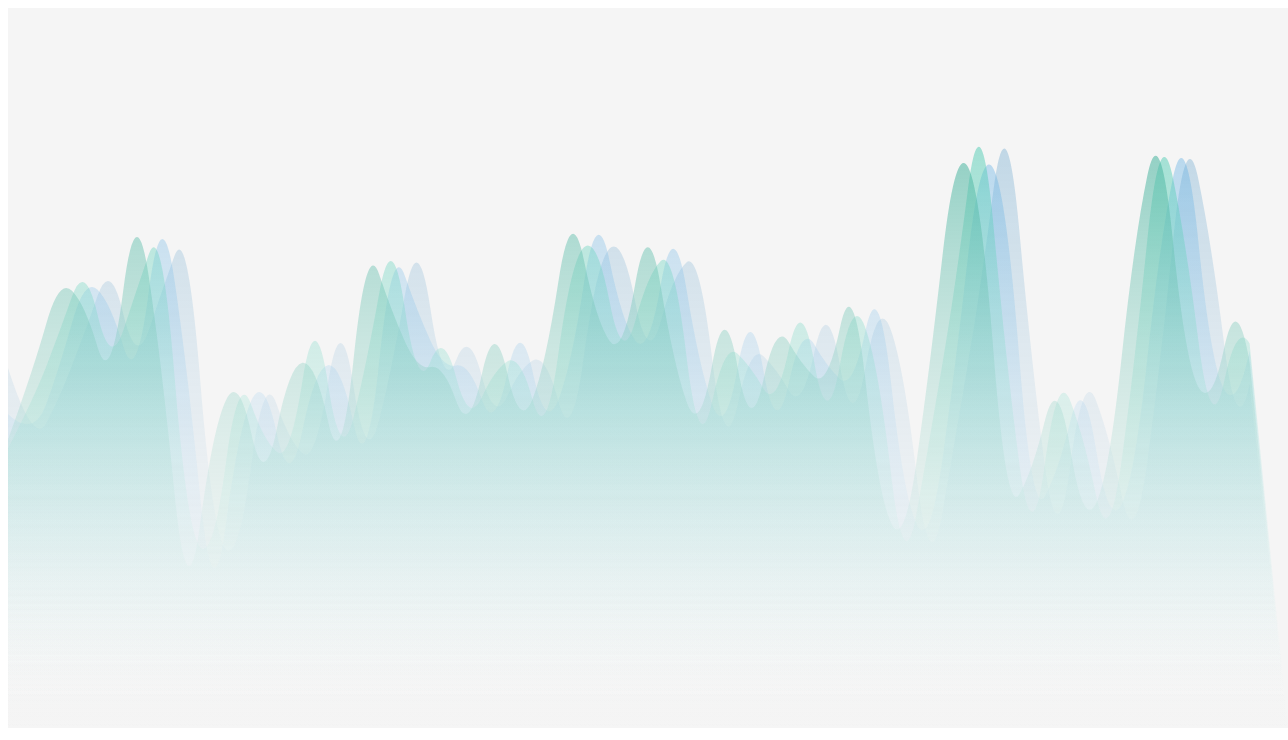
Repository: Pgz1975/GFY
Page: horizon.html
These files come from the project's save history. The page is drawn as it stood at one moment and after the next save; the edit follows.
The browser window is 1280 px wide. The page is 1288 px wide, so the pictures cover 1288 px, including what lies to the right of the window. The pictures show the whole page.

Above is the page before, as saved 2025-01-13 08:34:37.
Console error (its wording comes from the project's code and is left out).

### horizon.html
<!DOCTYPE html>
<html>
<head>
    <style>
        canvas {
            width: 100vw;
            height: 100vh;
            background: #f5f5f5;
        }
    </style>
</head>
<body>
    <canvas id="horizonCanvas"></canvas>
    <script>
        // Core canvas setup
        const canvas = document.getElementById('horizonCanvas');
        const ctx = canvas.getContext('2d');

        // Visual parameters - easily adjustable
        const params = {
            // Colors represent different layers of knowledge/exploration
            colors: [
                'rgba(41, 128, 185, 0.4)',  // Light blue - surface knowledge
                'rgba(52, 152, 219, 0.5)',  // Medium blue - deeper understanding
                'rgba(26, 188, 156, 0.6)',  // Teal - wisdom
                'rgba(22, 160, 133, 0.7)'   // Deep teal - profound insights
            ],

            // Motion and shape parameters
            layers: 5,                    // Number of overlapping horizons
            smoothness: 0.002,           // How smooth the curves are
            amplitude: 0.15,             // Height of the waves
            evolution: 0.002,           // Speed of change
            complexity: 20,               // Complexity of the patterns

            // Visual style
            lineWidth: 10,
            tension: 1.4,                // How "taught" the curves are
        };

        // Set up high-DPI canvas
        function setupCanvas() {
            const dpr = window.devicePixelRatio || 1;
            const rect = canvas.getBoundingClientRect();
            canvas.width = rect.width * dpr;
            canvas.height = rect.height * dpr;
            ctx.scale(dpr, dpr);
            canvas.style.width = `${rect.width}px`;
            canvas.style.height = `${rect.height}px`;
        }

        // Improved Perlin noise function for smooth natural movement
        function improvedNoise(x, y) {
            const X = Math.floor(x) & 255;
            const Y = Math.floor(y) & 255;
            x -= Math.floor(x);
            y -= Math.floor(y);

            // Smooth interpolation
            const u = fade(x);
            const v = fade(y);

            // Calculate gradients
            const a = p[X]+Y;
            const b = p[X+1]+Y;

            return lerp(
                lerp(grad(p[a], x, y), grad(p[b], x-1, y), u),
                lerp(grad(p[a+1], x, y-1), grad(p[b+1], x-1, y-1), u),
                v
            );
        }

        // Helper functions for noise generation
        function fade(t) { return t * t * t * (t * (t * 6 - 15) + 10); }
        function lerp(a, b, t) { return (1 - t) * a + t * b; }
        function grad(hash, x, y) {
            const h = hash & 15;
            const grad = 1 + (h & 7);
            return ((h & 8) ? -grad : grad) * x + ((h & 4) ? -grad : grad) * y;
        }

        // Generate permutation table for noise
        const p = new Array(512);
        for(let i = 0; i < 256; i++) p[i] = p[i + 256] = Math.floor(Math.random() * 256);

        // Draw a single horizon layer
        function drawHorizon(offset, color, time) {
            ctx.beginPath();
            ctx.moveTo(0, canvas.height * 0.6);

            // Generate points for the curve
            const points = [];
            for(let x = 0; x <= canvas.width; x += canvas.width/50) {
                const xPos = x / canvas.width;
                const yNoise = improvedNoise(
                    xPos * params.complexity + time * params.evolution,
                    offset
                ) * params.amplitude;

                points.push({
                    x: x,
                    y: canvas.height * (0.5 + yNoise)
                });
            }

            // Draw smooth curve through points
            ctx.beginPath();
            ctx.moveTo(points[0].x, points[0].y);

            for(let i = 1; i < points.length - 2; i++) {
                const xc = (points[i].x + points[i + 1].x) / 2;
                const yc = (points[i].y + points[i + 1].y) / 2;
                ctx.quadraticCurveTo(points[i].x, points[i].y, xc, yc);
            }

            // Connect to bottom
            ctx.lineTo(canvas.width, canvas.height);
            ctx.lineTo(0, canvas.height);
            ctx.closePath();

            // Fill with gradient
            const gradient = ctx.createLinearGradient(0, 0, 0, canvas.height);
            gradient.addColorStop(0, color);
            gradient.addColorStop(1, 'rgba(255, 255, 255, 0)');
            ctx.fillStyle = gradient;
            ctx.fill();
        }

        // Animation loop
        let time = 0;
        function animate() {
            ctx.clearRect(0, 0, canvas.width, canvas.height);

            // Draw each layer of the horizon
            for(let i = 0; i < params.layers; i++) {
                drawHorizon(
                    i * params.smoothness,
                    params.colors[i],
                    time + i * 100
                );
            }

            time += 1;
            requestAnimationFrame(animate);
        }

        // Initialize and start
        setupCanvas();
        window.addEventListener('resize', setupCanvas);
        animate();
    </script>
</body>
</html>

After the next save:
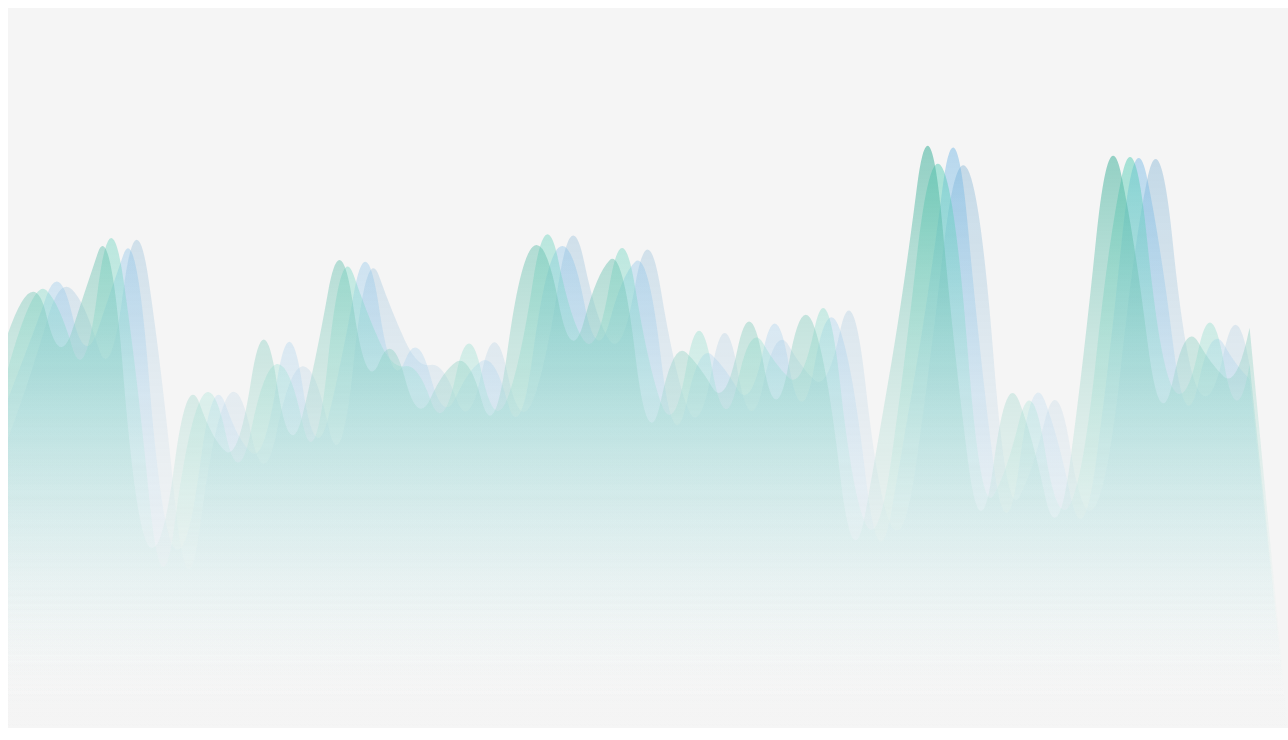
The error is gone.
Saved 11 s later.
--- a/horizon.html
+++ b/horizon.html
@@ -27,7 +27,7 @@
             ],
 
             // Motion and shape parameters
-            layers: 5,                    // Number of overlapping horizons
+            layers: 4,                    // Number of overlapping horizons
             smoothness: 0.002,           // How smooth the curves are
             amplitude: 0.15,             // Height of the waves
             evolution: 0.002,           // Speed of change
